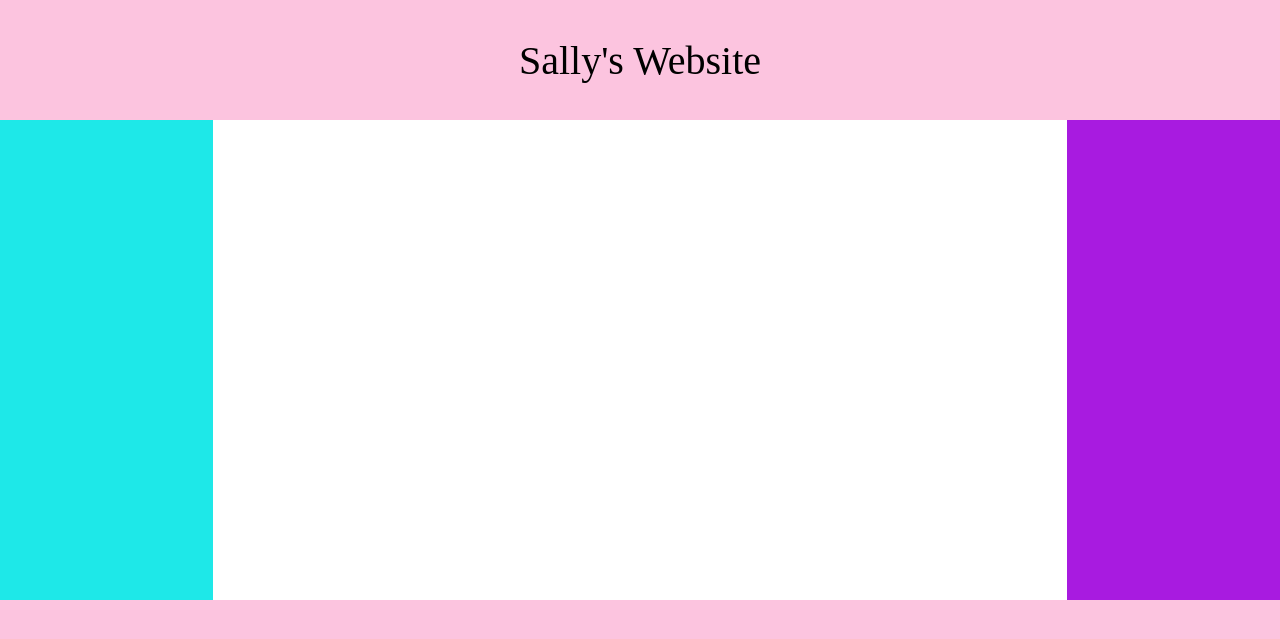
Repository: tianjiewang2022/tianjiewang2022.github.io
Page: index.html
An editor plug-in stored every save of this project. The page is shown before and after the next save, followed by the edit.
The browser window is 1280 px wide. The pictures show the whole page.

Above is the page before, as saved 2023-10-02 21:40:32.

### index.html
<!DOCTYPE html>
<html lang="en">

    <head>
        <meta charset="UTF-8">
        <meta name="viewport" content="width=device-width, initial-scale=1.0">
        <title>Sally's Webpage</title>
        <style>
            body {
                margin: 0;
                padding: 0;
                display: grid;
                grid-template-rows: repeat(6, 1fr);
                grid-template-columns: repeat(6, 1fr);
                height: 100vh;
            }

            header {
                background-color: rgb(252, 196, 223);
                color: rgb(0, 0, 0);
                grid-column: 1 / span 6;
                grid-row: 1 / span 1;
                display: flex;
                justify-content: center;
                align-items: center;
                font-size: 40px;
                z-index: 100;
                height: calc(100vh / 6);
                /* Set the height of the header */
            }

            .left_bar {
                background-color: rgb(30, 232, 232);
                grid-row: 2 / span 4;
                grid-column: 1 / span 1;
                position: fixed;
                height: calc(4 * (100vh / 6));
                /* Set the height of the left bar */
                width: calc(1 * (100vw / 6));
                /* Set the width of the left bar */
                left: 0;
                /* Position the left bar at the left side */
            }

            .main_area {
                background-color: rgb(30, 240, 72);
                grid-row: 2 / span 4;
                grid-column: 2 / span 4;
                justify-content: center;
                align-items: center;
                position: relative;
                height: calc(4 * (100vh / 6));
                /* Set the height of the main area */
            }

            .right_bar {
                background-color: rgb(168, 27, 224);
                grid-row: 2 / span 4;
                grid-column: 1 / span 1;
                position: fixed;
                height: calc(4 * (100vh / 6));
                /* Set the height of the left bar */
                width: calc(1 * (100vw / 6));
                /* Set the width of the left bar */
                right: 0;
                /* Position the left bar at the left side */
            }

            footer {
                background-color: rgb(252, 196, 223);
                grid-column: 1 / span 6;
                grid-row: 6 / span 1;
                /* Place the footer in the last row */
                display: flex;
                justify-content: center;
                align-items: center;
                z-index: 100;
                height: calc(100vh / 6);
                /* Set the height of the footer */
            }
        </style>
    </head>

    <body>
        <header>
            Sally's Website
        </header>
        <div>
            <!-- Your content goes here -->
            <span class="left_bar"></span>
            <span class="main_area"></span>
            <span class="right_bar"></span>
        </div>
        <footer></footer>
    </body>

</html>

After the next save:
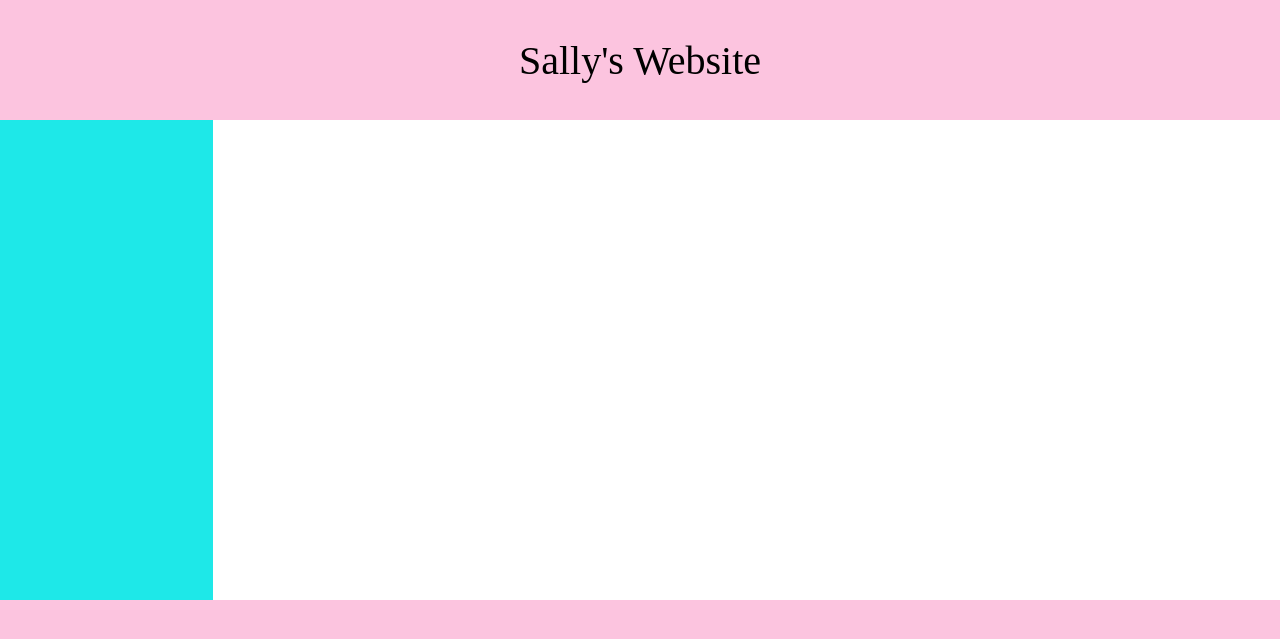
Saved 4 min 57 s later.
--- a/index.html
+++ b/index.html
@@ -50,7 +50,21 @@
                 align-items: center;
                 position: relative;
                 height: calc(4 * (100vh / 6));
+                height: calc(4 * (100vh / 6));
                 /* Set the height of the main area */
+                width: calc(4 * (100vw / 6));
+                /* Set the width of the main area */
+            }
+
+            In the code above,
+            I've set both the height and width of the "main_area" to 4/6 of the viewport height and 4/6 of the viewport width, respectively. This will give it a visible size even without content. Adjust the height and width values as needed for your layout.
+
+
+
+
+
+
+            /* Set the height of the main area */
             }
 
             .right_bar {

After the save that followed:
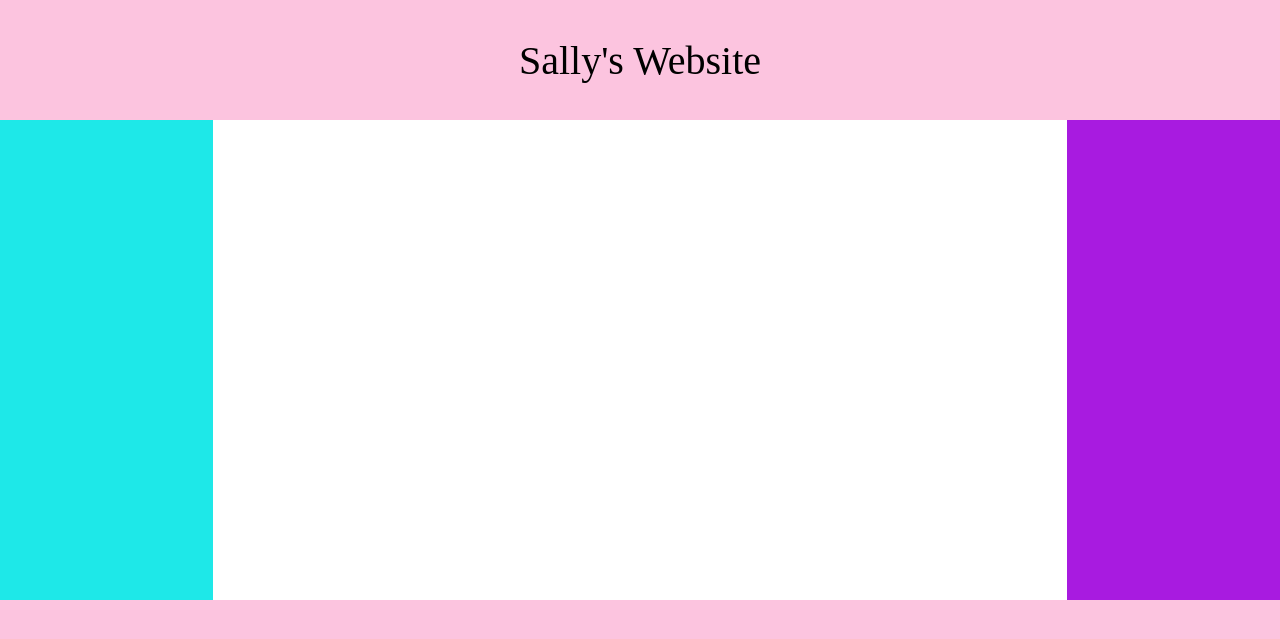
Saved 11 s later.
--- a/index.html
+++ b/index.html
@@ -50,21 +50,10 @@
                 align-items: center;
                 position: relative;
                 height: calc(4 * (100vh / 6));
-                height: calc(4 * (100vh / 6));
                 /* Set the height of the main area */
                 width: calc(4 * (100vw / 6));
                 /* Set the width of the main area */
-            }
-
-            In the code above,
-            I've set both the height and width of the "main_area" to 4/6 of the viewport height and 4/6 of the viewport width, respectively. This will give it a visible size even without content. Adjust the height and width values as needed for your layout.
-
-
-
-
-
-
-            /* Set the height of the main area */
+                /* Set the height of the main area */
             }
 
             .right_bar {
